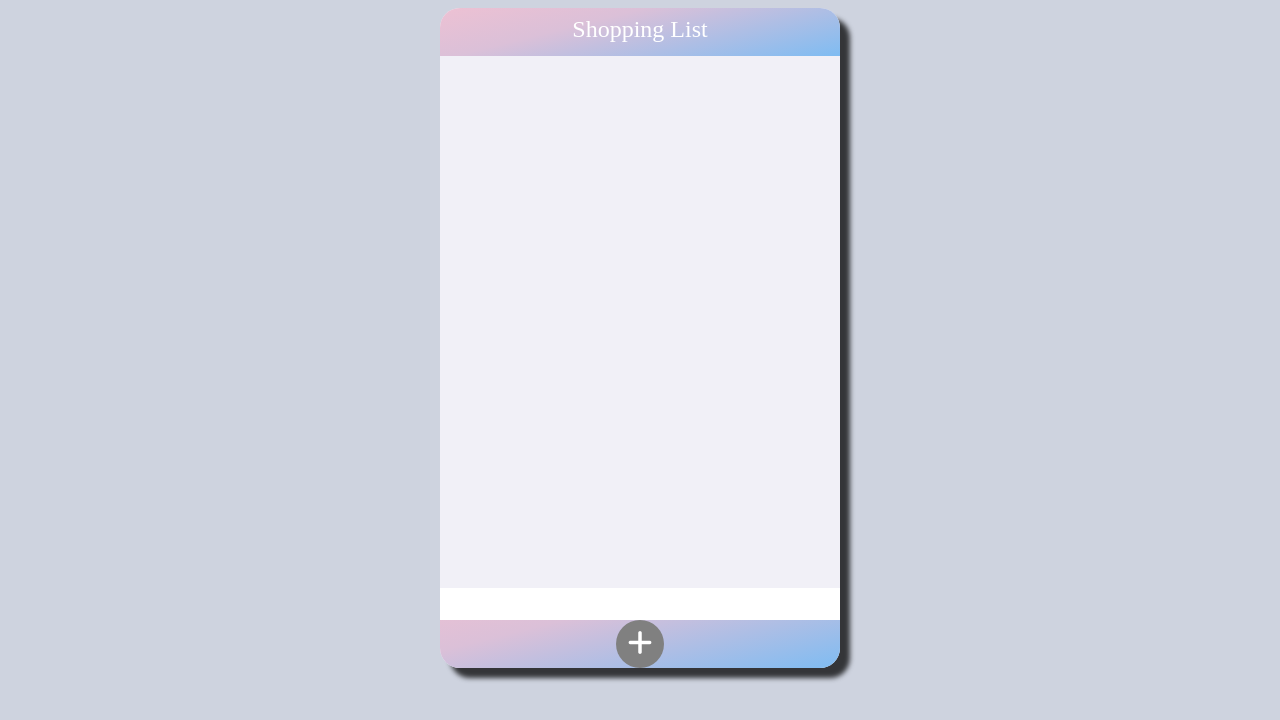
Repository: ggandory/browser101
Page: chapter5/index.html
These files come from the project's save history. The page is drawn as it stood at one moment and after the next save; the edit follows.
The browser window is 1280 px wide. The pictures show the whole page.
Some web libraries are served in a nearby version.

Above is the page before, as saved 2024-04-21 22:46:37.

After the next save:
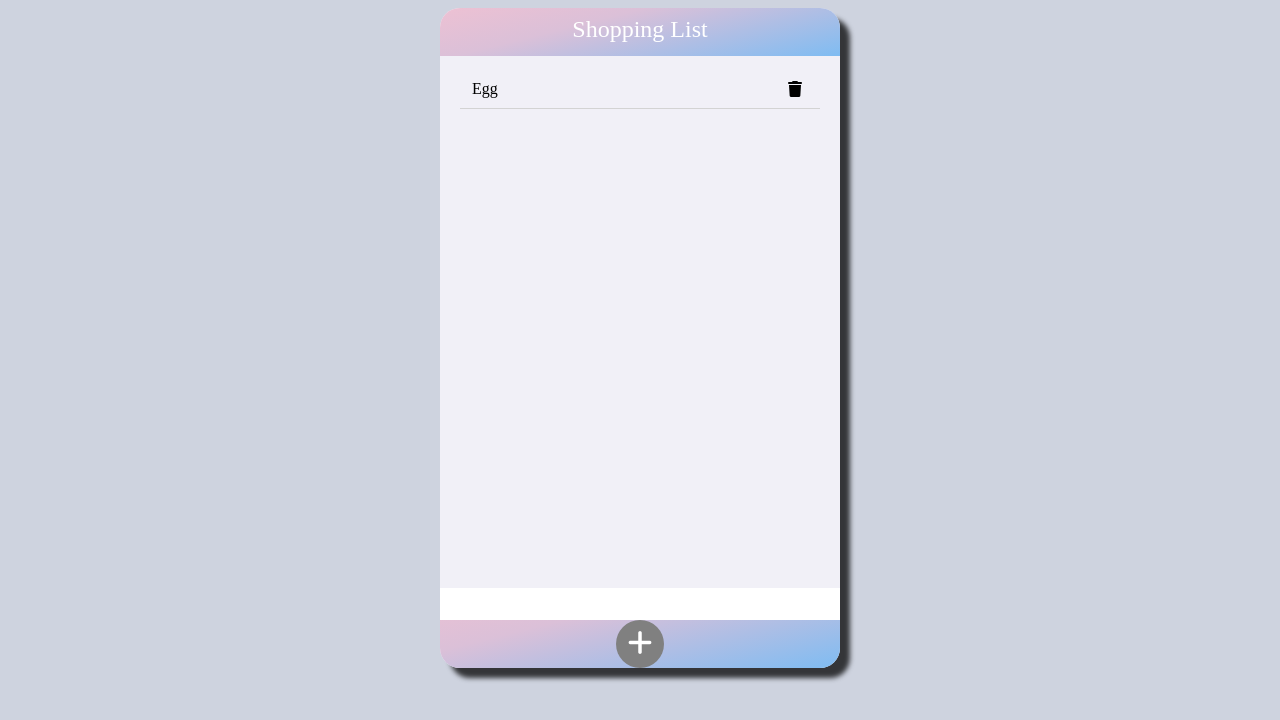
Saved 103 s later.
--- a/chapter5/index.html
+++ b/chapter5/index.html
@@ -15,7 +15,6 @@
     <section class="list">
       <header class="header">Shopping List</header>
       <ul class="items">
-        <!--
         <li class="item_row">
           <div class="item">
             <span class="item_name">Egg</span>
@@ -25,7 +24,6 @@
           </div>
           <div class="item_divider"></div>
         </li>
-        -->
       </ul>
       <footer class="footer">
         <input type="text" class="footer_input" />

After the 2 saves that followed:
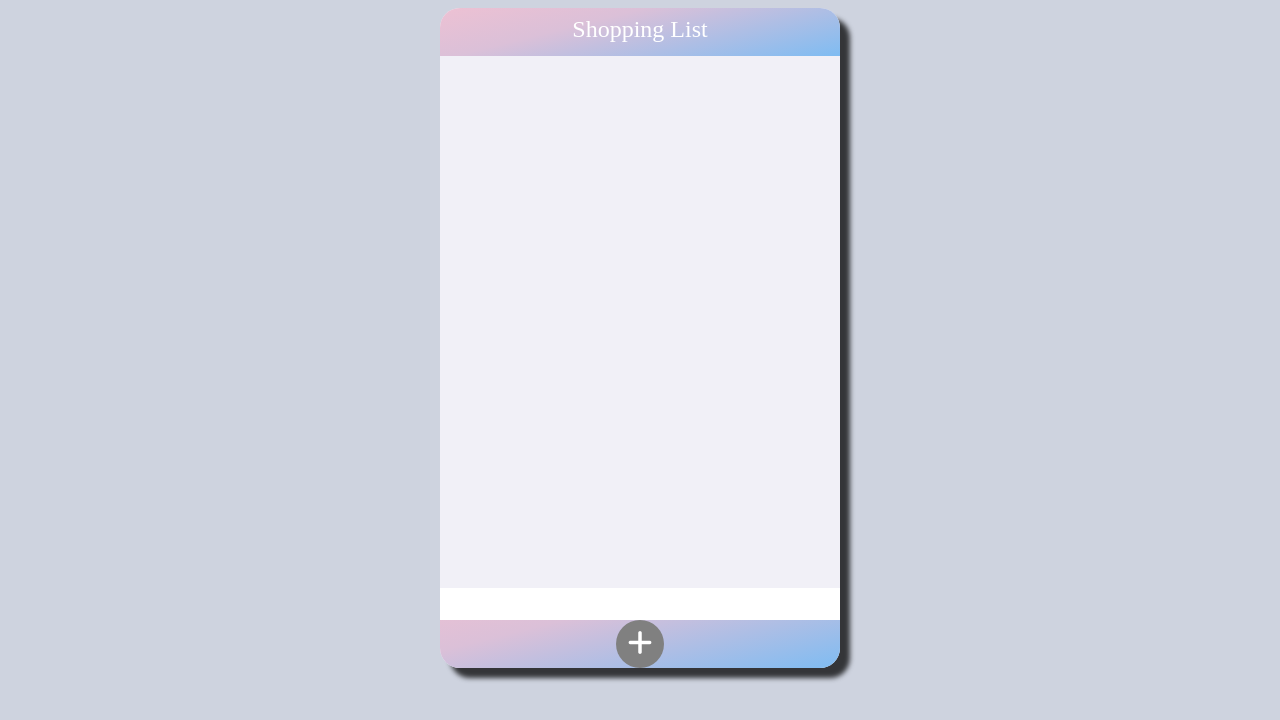
The 2 saves are shown as one change because 1 left the picture as it was.
The last was saved 14 min 35 s later.
--- a/chapter5/index.html
+++ b/chapter5/index.html
@@ -15,14 +15,14 @@
     <section class="list">
       <header class="header">Shopping List</header>
       <ul class="items">
-        <li class="item_row">
+        <!-- <li class="item_row">
           <div class="item">
             <span class="item_name">Egg</span>
             <button class="item_delete">
               <i class="fa-solid fa-trash"></i>
             </button>
           </div>
-          <div class="item_divider"></div>
+          <div class="item_divider"></div> -->
         </li>
       </ul>
       <footer class="footer">
--- a/chapter5/main.js
+++ b/chapter5/main.js
@@ -24,34 +24,20 @@ function onAdd() {
   input.value = "";
   input.focus();
 }
-//다른 함수에서 선언한 변수를 다른함수에서도 그냥 가져오는게 가능한지 헷갈림(전역변수 처리되나?)
+let id = 0; //UUID
 function createItem(text) {
   const itemRow = document.createElement("li");
   itemRow.setAttribute("class", "item_row");
-
-  // const item = document.createElement("div");
-  // item.setAttribute("class", "item");
-  // const name = document.createElement("span");
-  // name.setAttribute("class", "item_name");
-  // name.innerText = text;
-
-  // const deleteBtn = document.createElement("button");
-  // deleteBtn.setAttribute("class", "item_delete");
-  // deleteBtn.innerHTML = '<i class="fa-solid fa-trash"></i>';
-  // deleteBtn.addEventListener("click", () => {
-  //   items.removeChild(itemRow);
-  // });
-
-  // const itemDivider = document.createElement("div");
-  // itemDivider.setAttribute("class", "item_divider");
-  // //여기서 name이후로 appendChild를 하는거지? 위에 이미 있는데?createElement는 그냥 노드만 만는건가?
-  // //itemRow는 왜 appendChild안하는거지? 그리고 item은 왜 deleteBtn아래에서 하는거임?
-  // item.appendChild(name);
-  // item.appendChild(deleteBtn);
-
-  // itemRow.appendChild(item);
-  // itemRow.appendChild(itemDivider);
-  // //이거는 왜 리턴함?
+  itemRow.innerHTML = `
+      <div class="item" data-id=${id}>
+      <span class="item_name">${text}</span>
+      <button class="item_delete" data-id=${id}>
+      <i class="fa-solid fa-trash"></i>
+      </button>
+      </div>
+      <div class="item_divider"></div>
+  `;
+  id++;
   return itemRow;
 }
 //버튼을 눌러서 추가를 한다.
